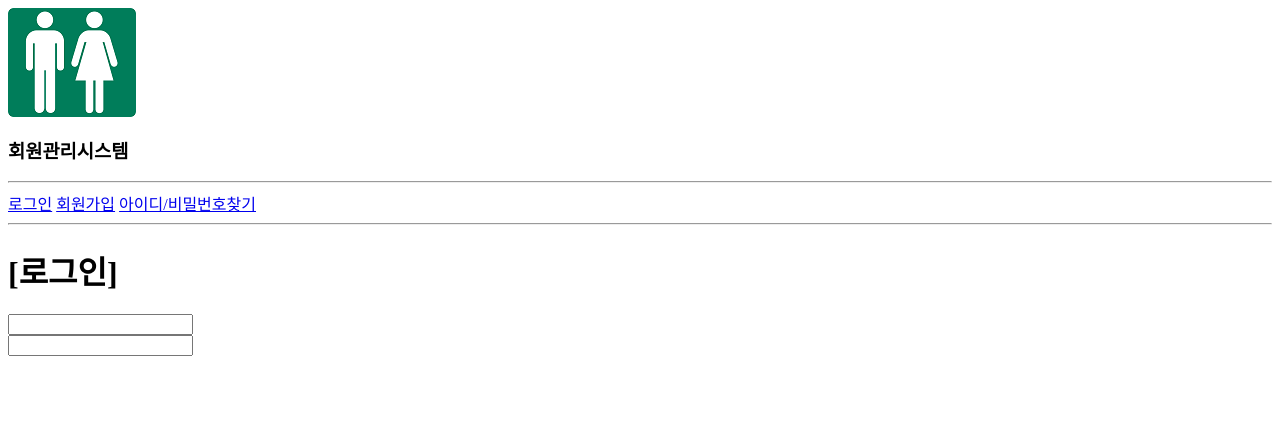
Repository: helloJunejun/WorkSpace_WebUi
Page: 0.1html_basic/src/main/webapp/joinMember.html
An editor plug-in stored every save of this project. The page is shown before and after the next save, followed by the edit.
The browser window is 1280 px wide. The pictures show the whole page.

Above is the page before, as saved 2021-06-23 07:44:57.

After the next save:
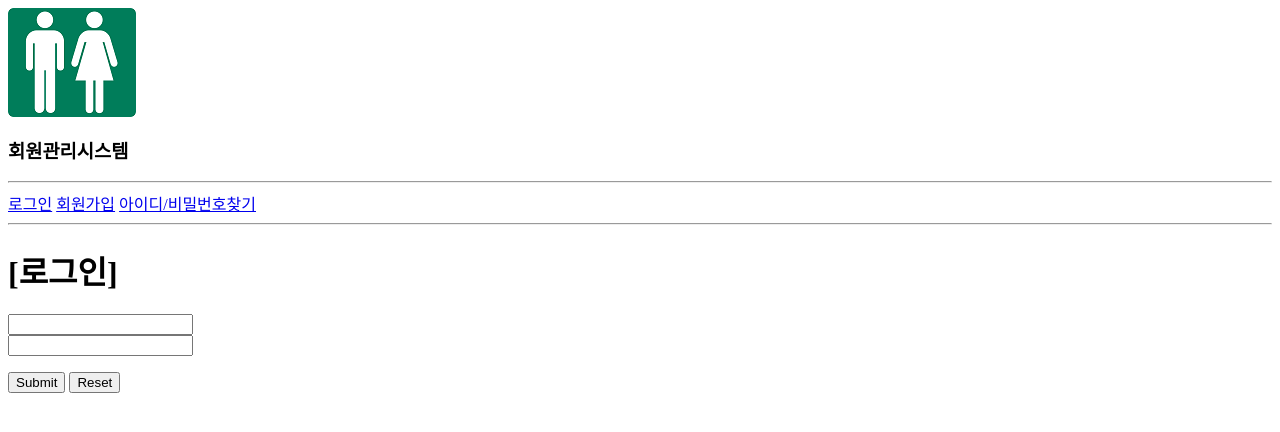
Saved 48 s later.
--- a/0.1html_basic/src/main/webapp/joinMember.html
+++ b/0.1html_basic/src/main/webapp/joinMember.html
@@ -32,6 +32,10 @@
 		<input type="text" name="memberId"><br>
 		<input type="password" name="memberPw"><p>
 
+		<input type="submit">
+		<input type="reset">
+
+
 	</form>
 
 	</body>
